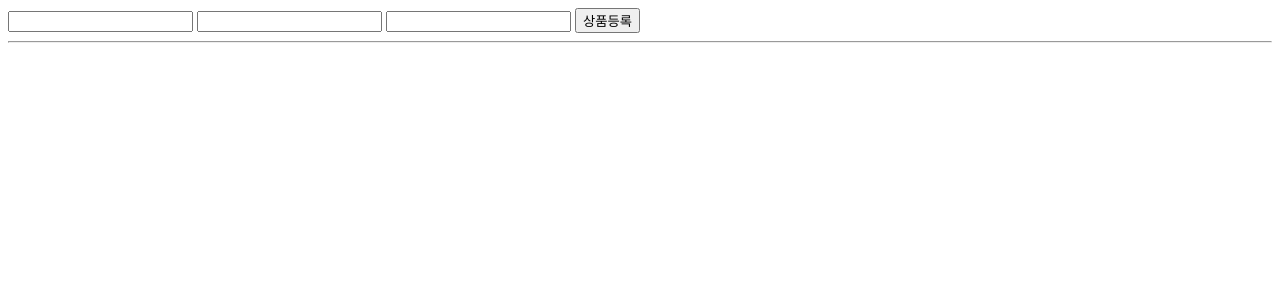
Repository: KangJinSol/jsp
Page: http://localhost/ProductWeb/product_manager.jsp
The author's editor kept a copy of each file at every save. The page is drawn from the files as they stood at one save, then again after the next save.
The browser window is 1280 px wide. The pictures show the whole page.
The page is served by Tomcat 9. Other server files are loaded and not shown.

Above is the page before, as saved 2021-01-27 07:14:52.

### spring/ProductWeb/WebContent/product_manager.jsp
<%@ page language="java" contentType="text/html; charset=UTF-8"
    pageEncoding="UTF-8"%>
<!DOCTYPE html>
<html>
<head>
<meta charset="UTF-8">
<title>Insert title here</title>
<script src="https://ajax.googleapis.com/ajax/libs/jquery/3.5.1/jquery.min.js"></script>
<script>

</script>
</head>
<body>
<form id="frm">
	<input type="text" name="eno">
	<input type="text" name="name">
	<input type="text" name="department">

	<button type="button">상품등록</button>
</form>
<hr>
<div>

</div>
</body>
</html>

After the next save:
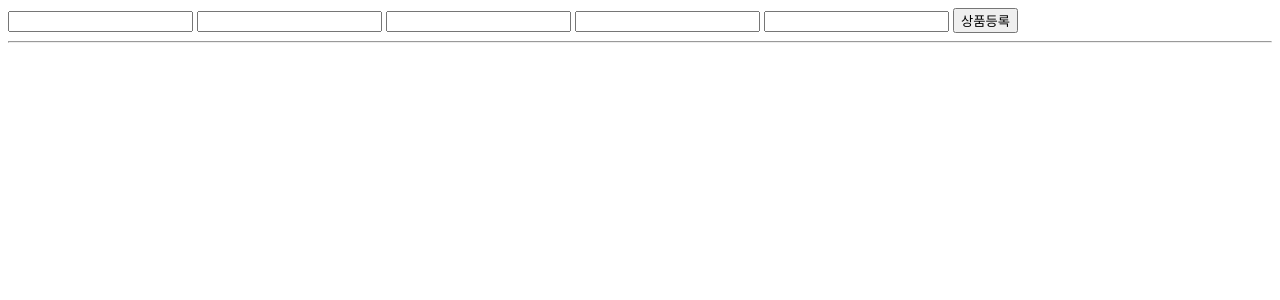
Saved 87 s later.
--- a/spring/ProductWeb/WebContent/product_manager.jsp
+++ b/spring/ProductWeb/WebContent/product_manager.jsp
@@ -12,10 +12,11 @@
 </head>
 <body>
 <form id="frm">
-	<input type="text" name="eno">
-	<input type="text" name="name">
-	<input type="text" name="department">
-
+	<input type="text" name="product_no">
+	<input type="text" name="product_name">
+	<input type="text" name="price">
+	<input type="text" name="ea">
+	<input type="text" name="maker">
 	<button type="button">상품등록</button>
 </form>
 <hr>
